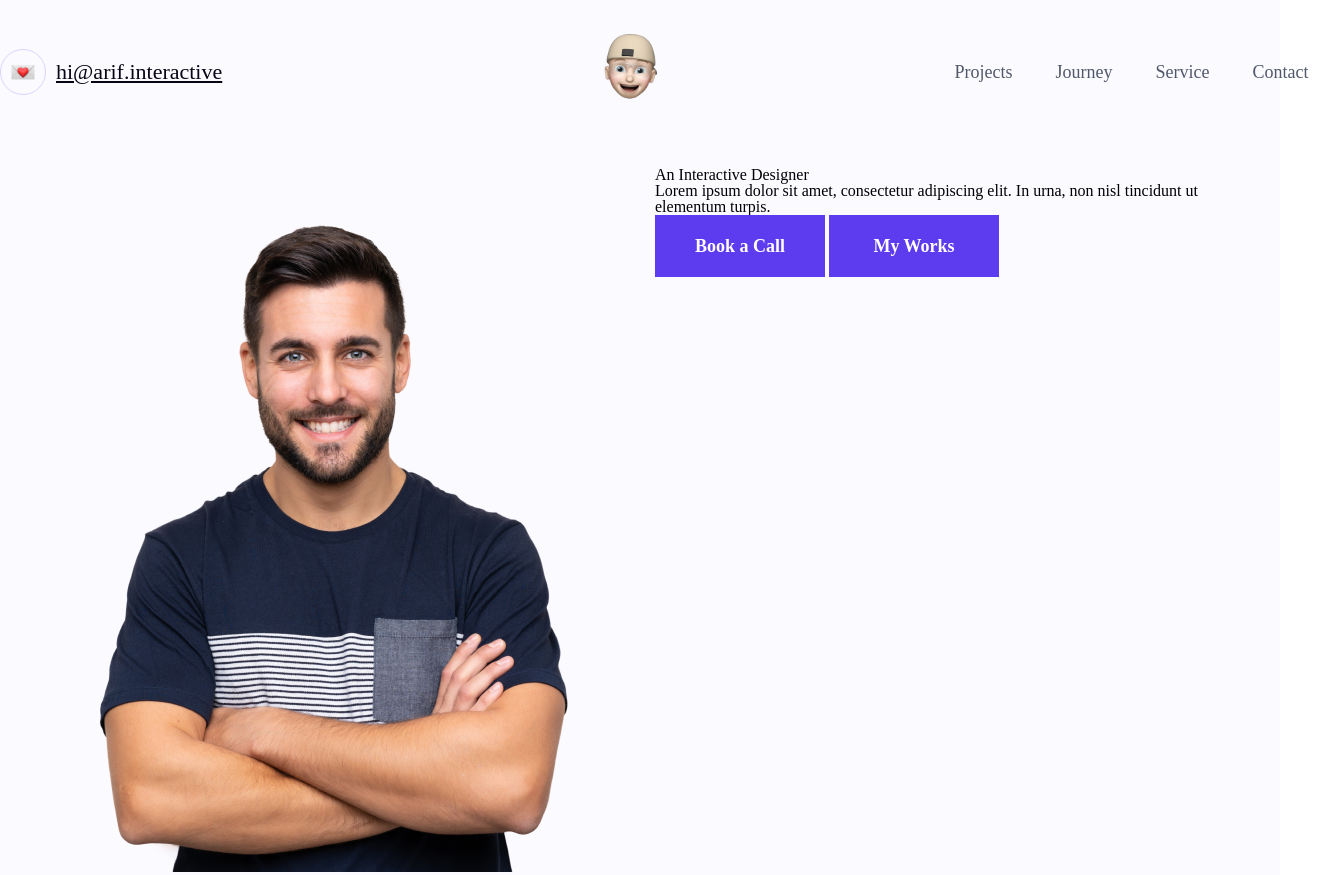
Repository: trantangtuan/project-06-grid-system12column-demo
Page: index.html
The author's editor kept a copy of each file at every save. The page is drawn from the files as they stood at one save, then again after the next save.
The browser window is 1280 px wide. The page is 1330 px wide, so the pictures cover 1330 px, including what lies to the right of the window. The pictures show the whole page.

Above is the page before, as saved 2024-07-12 21:03:27.

After the next save:
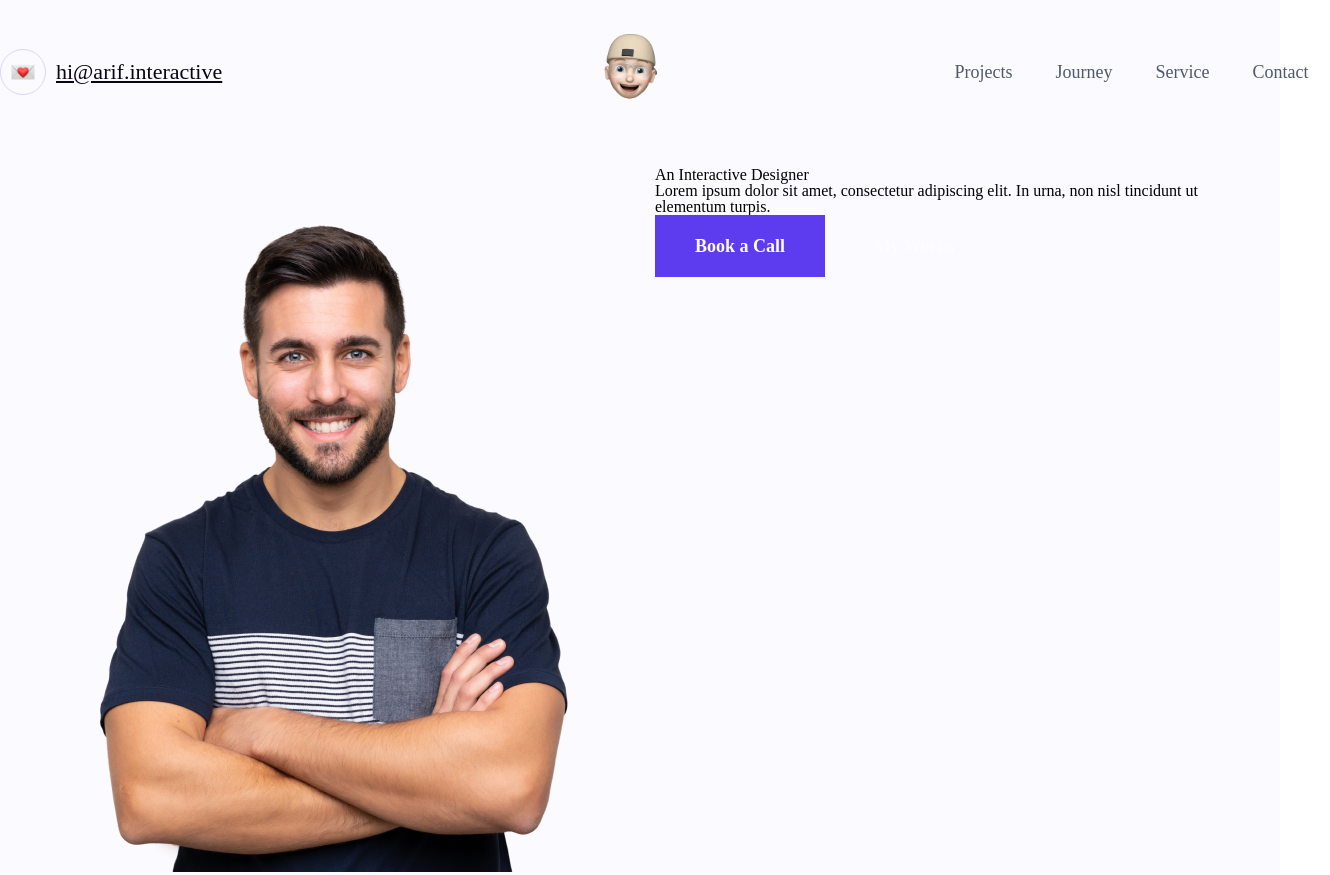
Saved 108 s later.
--- a/assets/css/style.css
+++ b/assets/css/style.css
@@ -116,3 +116,7 @@ a {
 .hero__img {
   width: 514px;
 }
+
+.btn__my-detail {
+  background-color: transparent;
+}
